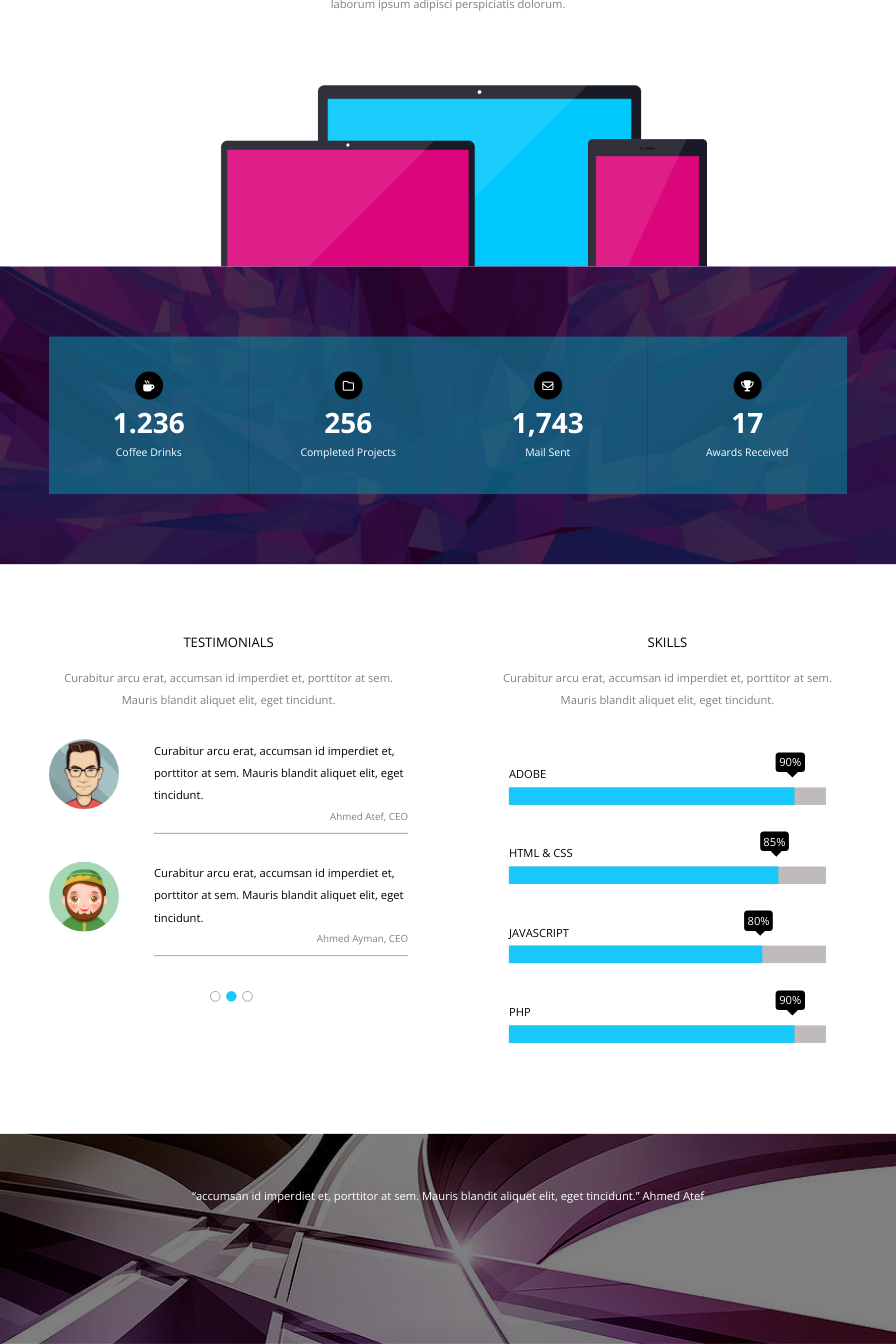
Repository: Ahmed123rezk123/Template_2
Page: index.html
An editor plug-in stored every save of this project. The page is shown before and after the next save, followed by the edit.
The browser window is 1280 px wide. The pictures show the part of the page from y = 4247 to 6167 px (the page is 6167 px tall), at 70% of full size.
A picture or video elsewhere on the page could not be fetched, so the positions and the page height are approximate. Some web fonts or font styles are not loaded; a fallback is used.

Above is the page before, as saved 2024-04-15 19:32:14.

After the next save:
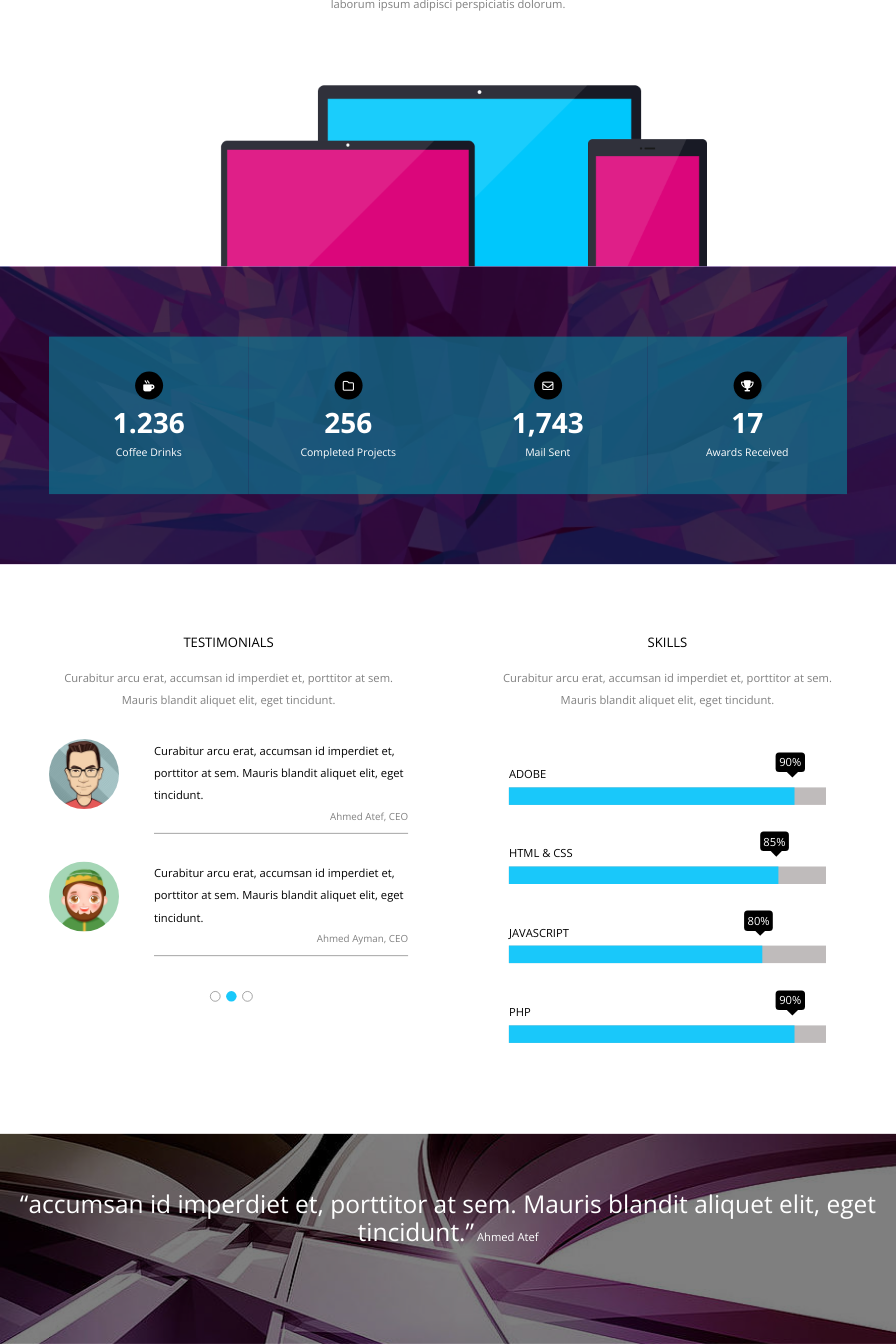
Saved 16 s later.
--- a/css/kasper.css
+++ b/css/kasper.css
@@ -810,7 +810,7 @@ text-align: center;
 color: white;
 margin: 80px auto;
 }
-.quote .container .content p {
+.quote .container .content q {
     font-size: 35px;
     margin-bottom: 30px;
 }
